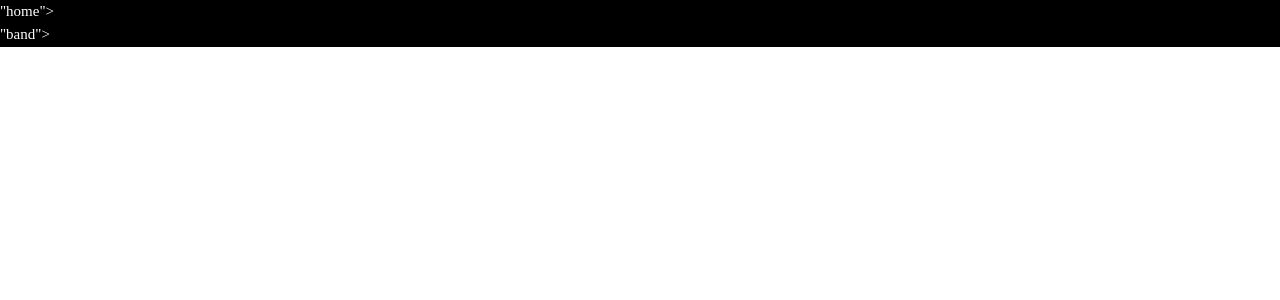
Repository: phanvu0103/HTML-CSS
Page: Thực-Hành-Dự-Án-Số-1-Xây-dựng-web-the-band/index.html
An editor plug-in stored every save of this project. The page is shown before and after the next save, followed by the edit.
The browser window is 1280 px wide. The pictures show the whole page.

Above is the page before, as saved 2022-09-25 21:15:42.

### Thực-Hành-Dự-Án-Số-1-Xây-dựng-web-the-band/index.html
<!DOCTYPE html>
<html lang="en">
  <head>
    <meta charset="UTF-8" />
    <meta name="viewport" content="width=device-width, initial-scale=1.0" />
    <title>W3-BAND</title>
    <link rel="stylesheet" href="./assets/css/style.css" />
  </head>
  <body>
    <div id="main">
      <div id="header">
        <ul id="nav">
          <li <a href=""></a>"home"></li>
        <li <a href=""></a>"band"></li>
        <li <a href=""></a>"tour"></li>
        <li <a href=""></a>"contact"></li>
        <li <a href=""></a>"more"></li>
        <li <a href=""></a>"search"></li>
        </ul>
      </div>

      <div id="slider"></div>

      <div id="content"></div>

      <div id="footer"></div>
    </div>
  </body>
</html>

### Thực-Hành-Dự-Án-Số-1-Xây-dựng-web-the-band/assets/css/style.css
/* Resst CSS */
/* bước đầu trong CSS gõ dấu * vào thêm các thuộc tính như sau */
* {
  padding: 0;
  margin: 0;
  box-sizing: border-box;
  /* loại bỏ tính toán kích thước ta dùng (box-sizing: border-box;)  */
}
/*
1. Làm từ ngoài vào trong
2. Làm Từ trên xuống dưới
3. Làm từ tổng quan đến chi tiết
 */
/*
1. Vị trí
2. Kích thước
3. Màu sắc
4. Kiểu dáng (kiểu chữ, hình tròn, vuông, ....)


*/
#main {
  /* nằm trong body chứa cả website */
}

#header {
  /* kích thước chiều rộng bằng main
 độ dài mình đi đo hay (cty, khách hàng yêu cầu) trên w3schools The BAND

*/
  height: 47px;
  background-color: #000000;
  color: #ffffff;
  font-size: 15px;
  line-height: 22.5px;
  box-shadow: #000000, 0px 2px 5px 0px;
}

#slider {
}

#content {
}

#footer {
}
.home {
  color: #ffffff;
  font-size: 15px;
  background-color: blue;
}
.band {
}
.tour {
}
.cont {
}
.more {
}

After the next save:
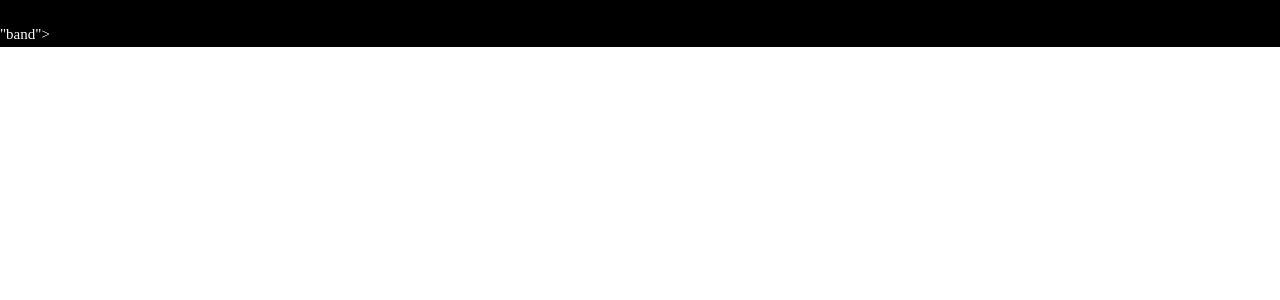
Saved 44 s later.
--- a/Thực-Hành-Dự-Án-Số-1-Xây-dựng-web-the-band/index.html
+++ b/Thực-Hành-Dự-Án-Số-1-Xây-dựng-web-the-band/index.html
@@ -10,12 +10,12 @@
     <div id="main">
       <div id="header">
         <ul id="nav">
-          <li <a href=""></a>"home"></li>
-        <li <a href=""></a>"band"></li>
-        <li <a href=""></a>"tour"></li>
-        <li <a href=""></a>"contact"></li>
-        <li <a href=""></a>"more"></li>
-        <li <a href=""></a>"search"></li>
+          <li></li> <a href=""></a>"band"></li>
+          <li></li> <a href=""></a>"tour"></li>
+          <li></li> <a href=""></a>"contact"></li>
+          <li></li> <a href=""></a>"more"></li>
+          <li></li> <a href=""></a>"search"></li>
+          <li></li> <a href=""></a>"home"></li>
         </ul>
       </div>
 
